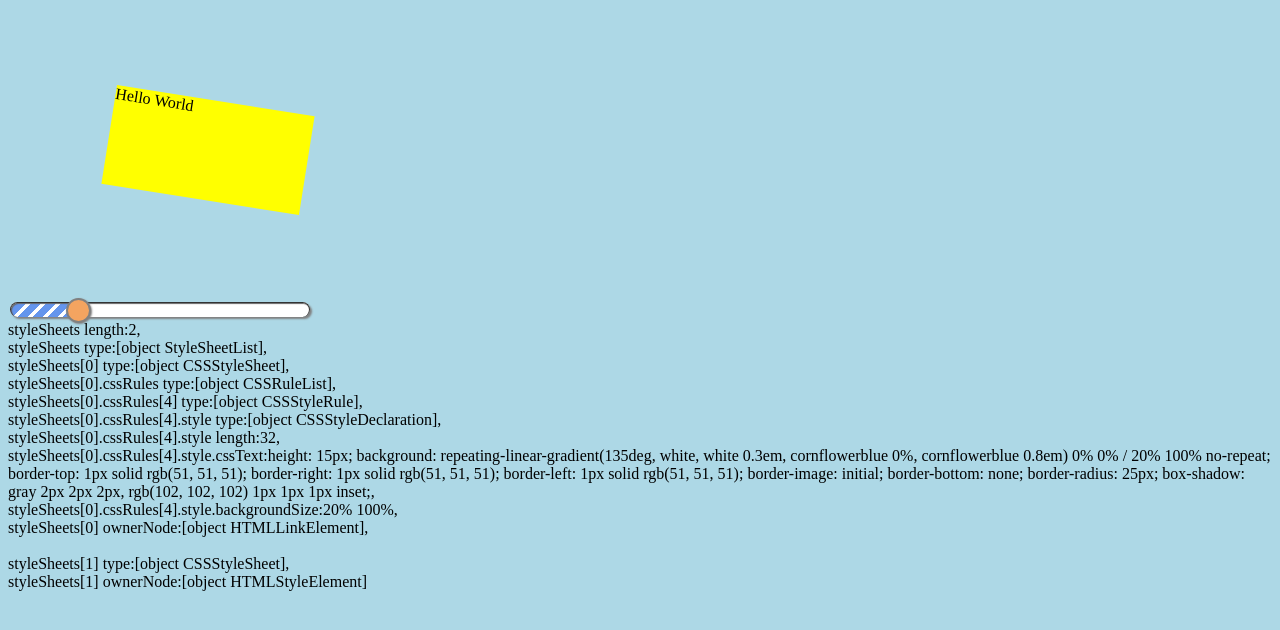
Repository: Jhin7782/HBuilder-Projects
Page: 【CSS】/动画/2d/transform/get-styleSheet.cssRules[i].style.html
The author's editor kept a copy of each file at every save. The page is drawn from the files as they stood at one save, then again after the next save.
The browser window is 1280 px wide. The pictures show the whole page.

Above is the page before, as saved 2017-06-13 15:25:48.

### 【CSS】/动画/2d/transform/get-styleSheet.cssRules[i].style.html
<!DOCTYPE html>
<html>
	<!--
		https://segmentfault.com/a/1190000004355197?_ea=580742
	-->
	<head>
		<meta charset="UTF-8" />
		<title></title>
		<link rel="stylesheet" type="text/css" href="css/input-range.css" />
		<style>
			div {
				margin: 100px;
				width: 200px;
				height: 100px;
				background-color: yellow;
				/* Rotate div */
				transform: rotate(9deg);
				-ms-transform: rotate(9deg);
				-moz-transform: rotate(9deg);
				-webkit-transform: rotate(9deg);
				-o-transform: rotate(9deg);
			}
		</style>
	</head>

	<body>

		<div>Hello World</div>
		<input type="range" id="rotateBox-slider" value="20" min="0" max="100" step="1" />

		<script type="text/javascript">
			var rotateBoxSlider = document.getElementById("rotateBox-slider");

			var styleSheets = document.styleSheets;
//			var styleSheet0 = styleSheets[0];
//			var styleSheet1 = styleSheets[1];
			var styleSheet0 = document.getElementsByTagName('link')[0].sheet;
			var styleSheet1 = document.getElementsByTagName('style')[0].sheet;
			document.writeln(
				" <br />styleSheets length:" + styleSheets.length +
				",<br />styleSheets type:" + styleSheets +
				",<br />styleSheets[0] type:" + styleSheet0 +
				",<br />styleSheets[0].cssRules type:" + styleSheet0.cssRules +
				",<br />styleSheets[0].cssRules[4] type:" + styleSheet0.cssRules[4] +
				",<br />styleSheets[0].cssRules[4].style type:" + styleSheet0.cssRules[4].style +
				",<br />styleSheets[0].cssRules[4].style length:" + styleSheet0.cssRules[4].style.length +
				",<br />styleSheets[0].cssRules[4].style.cssText:" + styleSheet0.cssRules[4].style.cssText +
				",<br />styleSheets[0].cssRules[4].style.backgroundSize:" + styleSheet0.cssRules[4].style.backgroundSize +
				",<br />styleSheets[0] ownerNode:" + styleSheet0.ownerNode +
				",<br /><br />styleSheets[1] type:" + styleSheet1 +
				",<br />styleSheets[1] ownerNode:" + styleSheet1.ownerNode
			);

			rotateBoxSlider.oninput = function() {
				console.log(this.value);
				styleSheet0.cssRules[4].style.backgroundSize = this.value + "% 100%";
				console.log(styleSheet0.cssRules[4].style.backgroundSize);
			}
		</script>
	</body>

</html>

### 【CSS】/动画/2d/transform/css/input-range.css
body {
	background: lightblue;
}

input[type=range]:focus {
	-webkit-tap-highlight-color: none;
	border: none;
	outline: none;
}

input[type=range] {
	-webkit-appearance: none;
	width: 300px;
	height: 15px;
	background: white;
	/*border: 1px solid #333;*/
	-webkit-border-radius: 25px;
	border-radius: 25px;
}

input[type=range]::-webkit-slider-thumb {
	-webkit-appearance: none;
	width: 25px;
	height: 25px;
	margin-top: -5px;
	background: sandybrown;
	border: 2px solid gray;
	-webkit-border-radius: 25px;
	border-radius: 25px;
	-webkit-box-shadow: 1px 1px 2px gray;
	box-shadow: 1px 1px 2px gray;
}

input[type=range]::-webkit-slider-runnable-track {
	height: 15px;
	background: repeating-linear-gradient(135deg, white, white 0.3em, cornflowerblue 0%, cornflowerblue 0.8em) no-repeat;
	background-size: 20% 100%;
	border: 1px solid #333;
	border-bottom: none;
	-webkit-border-radius: 25px;
	border-radius: 25px;
	-webkit-box-shadow: 2px 2px 2px gray, 1px 1px 1px #666 inset;
	box-shadow: 2px 2px 2px gray, 1px 1px 1px #666 inset;
}

After the next save:
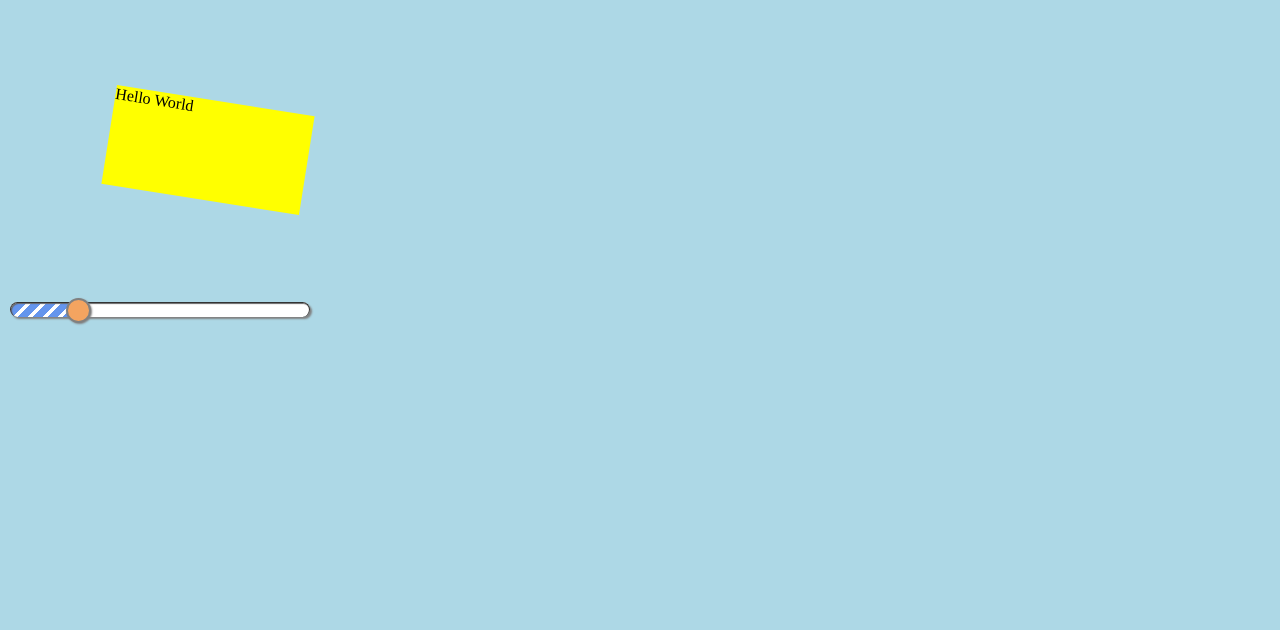
Console error: TypeError: Cannot read properties of undefined (reading 'sheet')
Saved 37 min 14 s later.
--- a/【CSS】/动画/2d/transform/get-styleSheet.cssRules[i].style.html
+++ b/【CSS】/动画/2d/transform/get-styleSheet.cssRules[i].style.html
@@ -35,7 +35,7 @@
 //			var styleSheet0 = styleSheets[0];
 //			var styleSheet1 = styleSheets[1];
 			var styleSheet0 = document.getElementsByTagName('link')[0].sheet;
-			var styleSheet1 = document.getElementsByTagName('style')[0].sheet;
+			var styleSheet1 = document.getElementsByTagName('style')[1].sheet;
 			document.writeln(
 				" <br />styleSheets length:" + styleSheets.length +
 				",<br />styleSheets type:" + styleSheets +

After the save that followed:
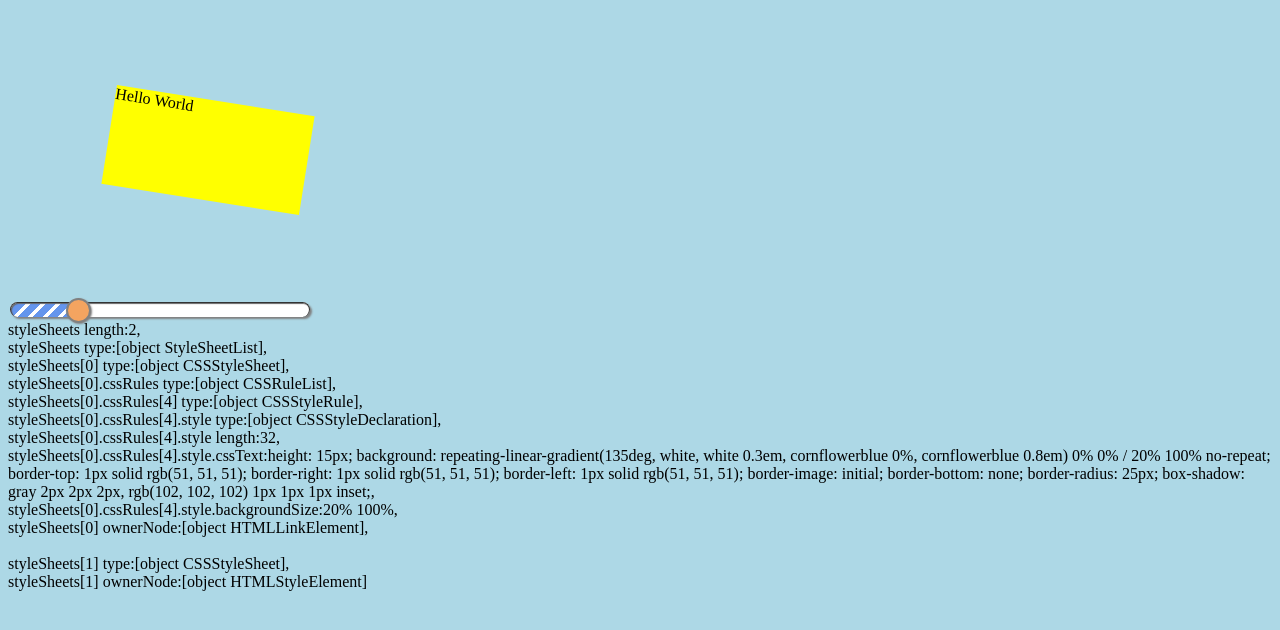
The error is gone.
Saved 24 s later.
--- a/【CSS】/动画/2d/transform/get-styleSheet.cssRules[i].style.html
+++ b/【CSS】/动画/2d/transform/get-styleSheet.cssRules[i].style.html
@@ -35,7 +35,7 @@
 //			var styleSheet0 = styleSheets[0];
 //			var styleSheet1 = styleSheets[1];
 			var styleSheet0 = document.getElementsByTagName('link')[0].sheet;
-			var styleSheet1 = document.getElementsByTagName('style')[1].sheet;
+			var styleSheet1 = document.getElementsByTagName('style')[0].sheet;
 			document.writeln(
 				" <br />styleSheets length:" + styleSheets.length +
 				",<br />styleSheets type:" + styleSheets +
